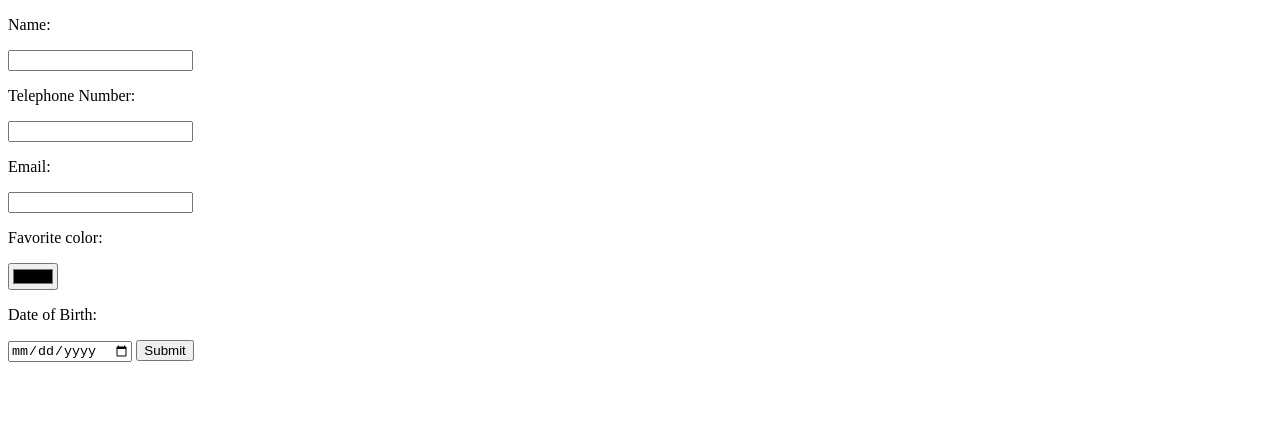
Repository: PhamChiXuan1/HTCNW_tuan3_DHCNTT16C_PhamChiXuan_20030131
Page: bt13.html
The author's editor kept a copy of each file at every save. The page is drawn from the files as they stood at one save, then again after the next save.
The browser window is 1280 px wide. The pictures show the whole page.

Above is the page before, as saved 2022-02-28 12:57:43.

### bt13.html
<!DOCTYPE html>
<html lang="en">
<head>
    <meta charset="UTF-8">
    <meta http-equiv="X-UA-Compatible" content="IE=edge">
    <meta name="viewport" content="width=device-width, initial-scale=1.0">
    <title>Document</title>
</head>
<body>
    <P>Name:</P>
    <input type="text">
    <P>Telephone Number:</P>
    <input type="text">
    <P>Email:</P>
    <input type="text">
    <P>Favorite color:</P>
    <input type="color" name="" id="" size=5>
    <P>Date of Birth:</P>
    <input type="date" name="" id="" size="20">
    <input type="submit" value="Submit">
</body>
</html>

After the next save:
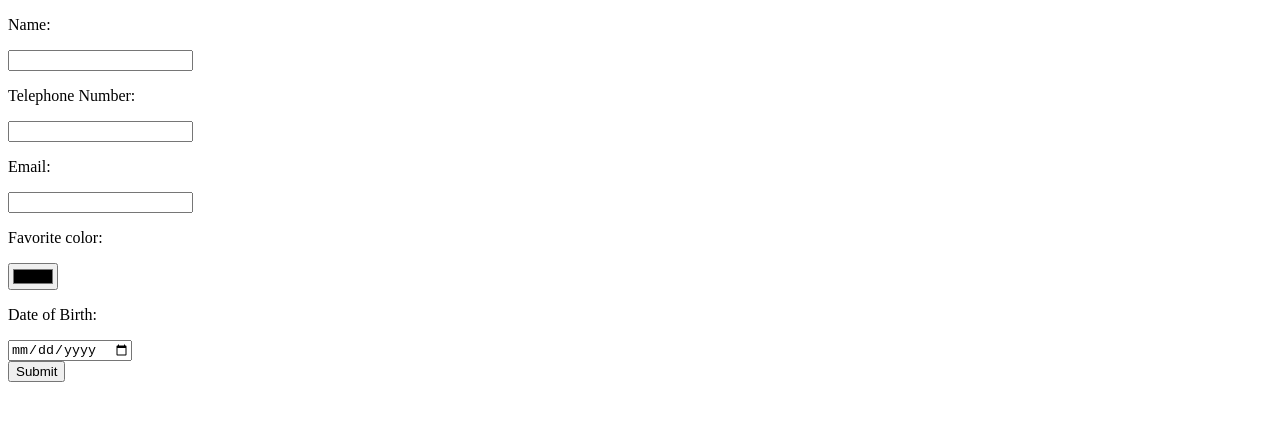
Saved 11 s later.
--- a/bt13.html
+++ b/bt13.html
@@ -16,7 +16,7 @@
     <P>Favorite color:</P>
     <input type="color" name="" id="" size=5>
     <P>Date of Birth:</P>
-    <input type="date" name="" id="" size="20">
+    <input type="date" name="" id="" size="20"><br>
     <input type="submit" value="Submit">
 </body>
 </html>
